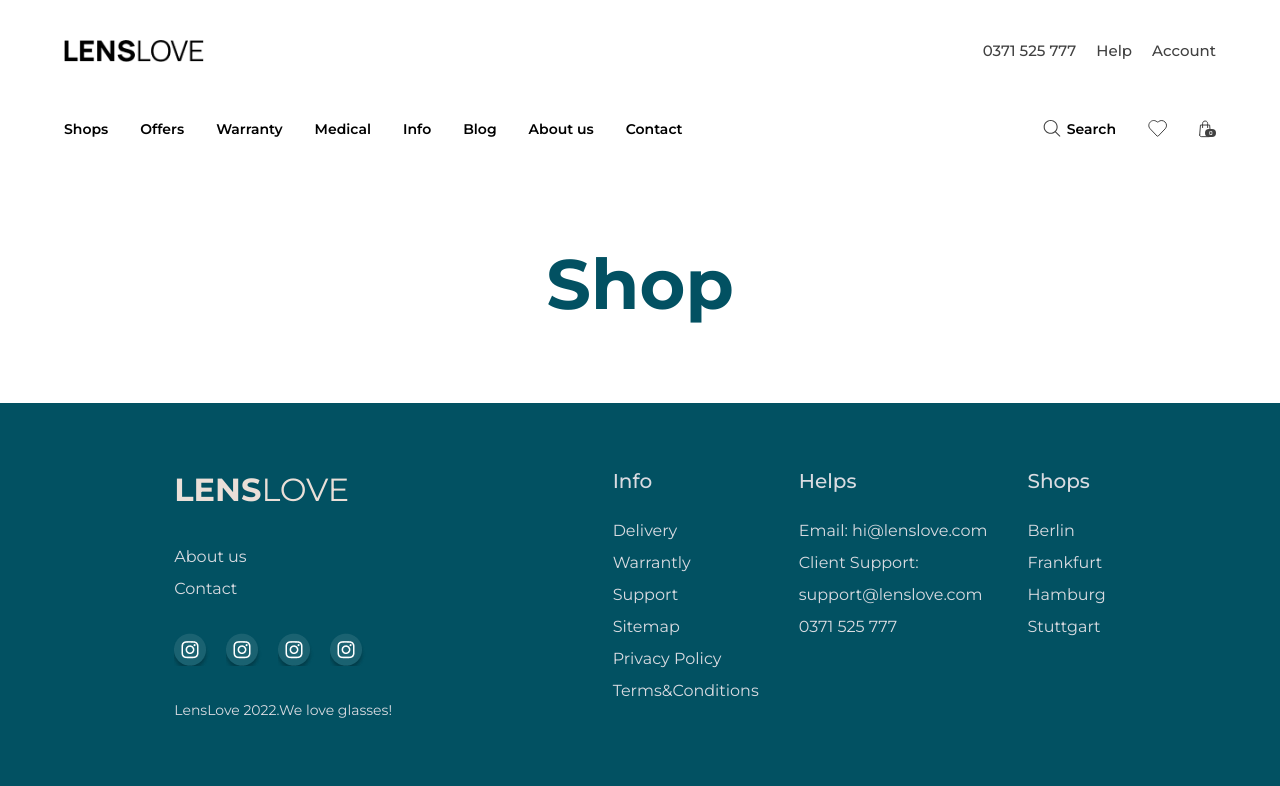
Repository: thienthanhvinh/glasses-react
Page: /shop
These files come from the project's save history. The page is drawn as it stood at one moment and after a run of saves; the edit follows.
The browser window is 1280 px wide. The pictures show the whole page.
The project was rebuilt for these pictures with package versions that can differ from the ones it lists, and the page was loaded fresh each time. Also part of the build but not shown: src/App.css, src/components/button/Button.js, src/components/category/Category.js, src/components/intro/Intro.js, src/components/sales/SpringSales.js, src/modules/GlassesGrid.js, src/modules/GlassesItem.js, src/modules/HeadlineImage.js and 11 more.

Above is the page before, as saved 2023-02-13 20:08:23.

After the next 2 saves:
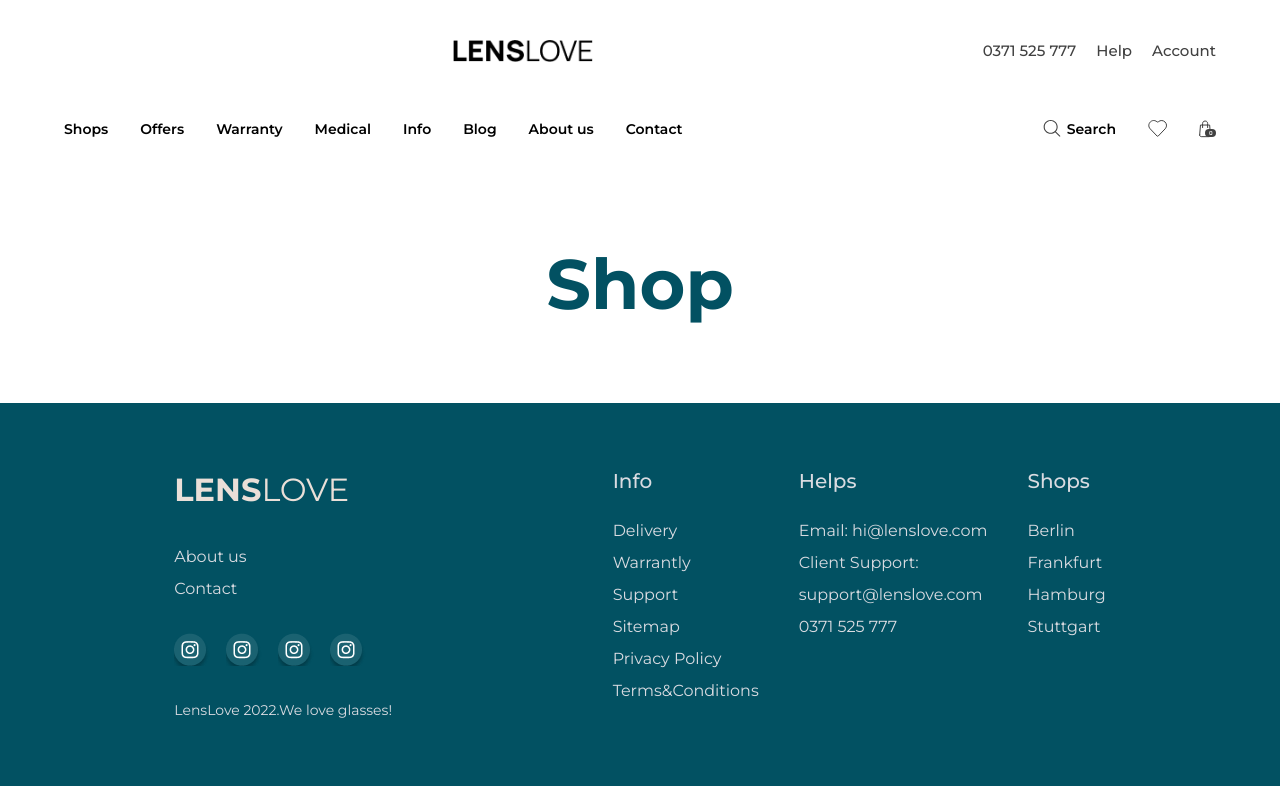
The 2 saves are shown as one change because they came seconds apart.
The last was saved 28 s later.
--- a/src/modules/Menu.js
+++ b/src/modules/Menu.js
@@ -6,6 +6,9 @@
   return (
     <div className="py-10 px-16">
       <div className="flex items-center justify-between mb-14">
+        <Link to="/">
+
+        </Link>
         <img src="/logo.png" alt="" className="w-[140px] h-auto object-cover" />
         <div className="flex gap-x-5 text-secondary-3 text-[15px] font-medium">
             <span>0371 525 777</span>

After the save that followed:
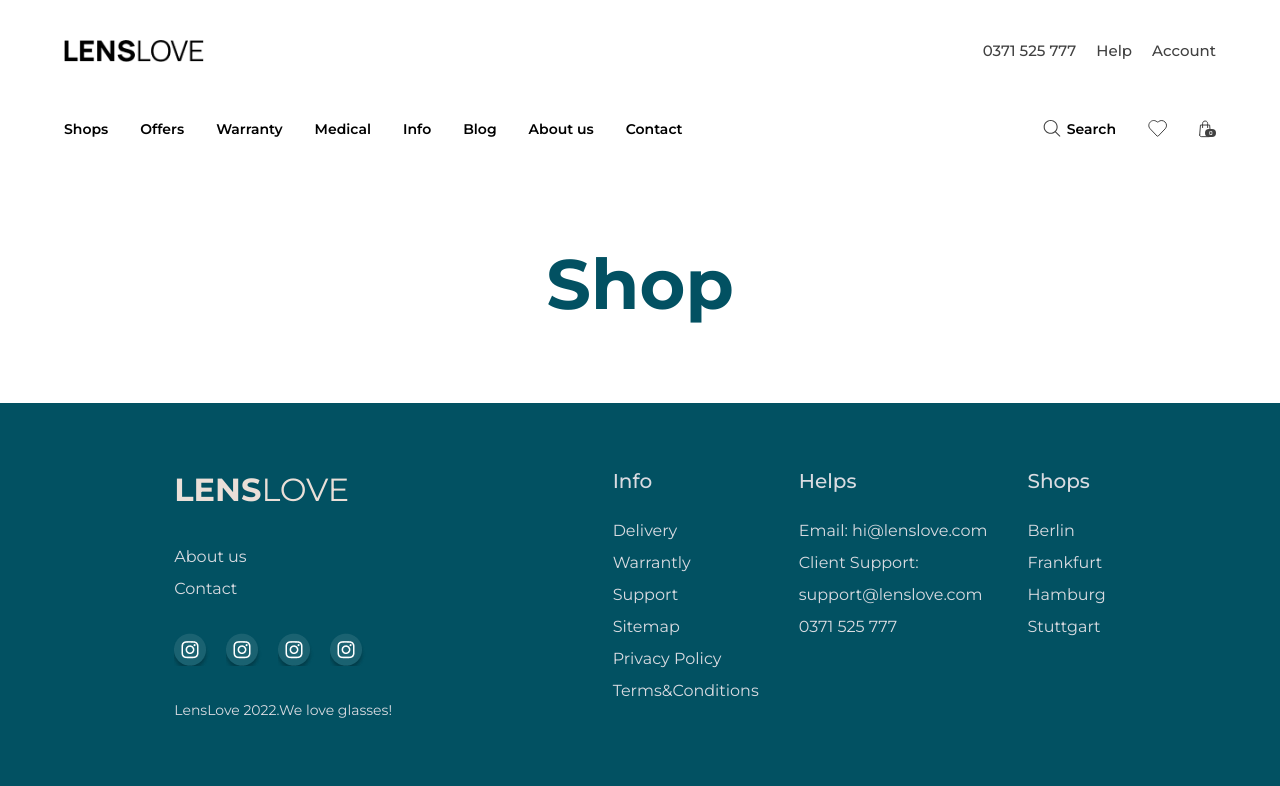
Saved 5 s later.
--- a/src/modules/Menu.js
+++ b/src/modules/Menu.js
@@ -7,13 +7,17 @@
     <div className="py-10 px-16">
       <div className="flex items-center justify-between mb-14">
         <Link to="/">
+          <img
+            src="/logo.png"
+            alt=""
+            className="w-[140px] h-auto object-cover"
+          />
+        </Link>
 
-        </Link>
-        <img src="/logo.png" alt="" className="w-[140px] h-auto object-cover" />
         <div className="flex gap-x-5 text-secondary-3 text-[15px] font-medium">
-            <span>0371 525 777</span>
-            <Link to="/">Help</Link>
-            <Link to="/sign-in">Account</Link>
+          <span>0371 525 777</span>
+          <Link to="/">Help</Link>
+          <Link to="/sign-in">Account</Link>
         </div>
       </div>
       <Navbar></Navbar>
